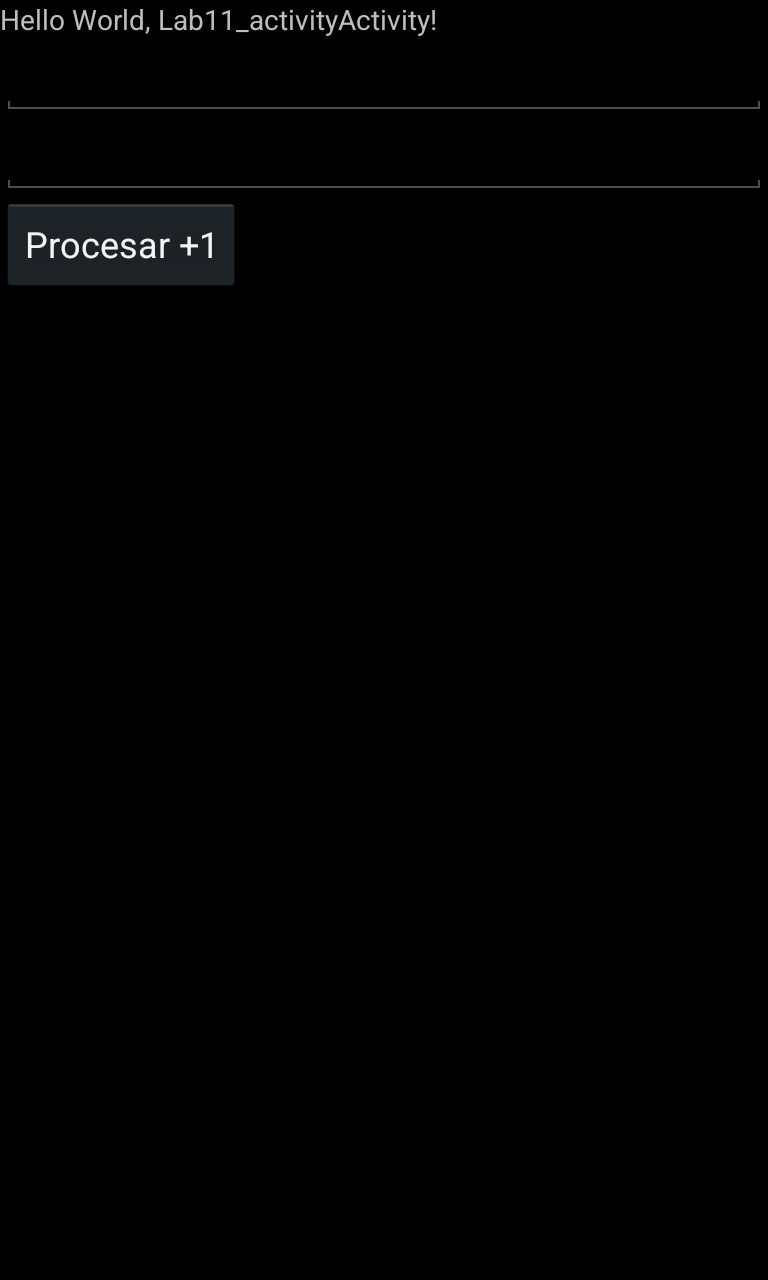
Repository: dorisserruto/un_exercises
Layout: javaandroid/Recursos/workspace-profe/lab11_activity/res/layout/main.xml
An editor plug-in stored every save of this project. The layout is shown before and after the next save, followed by the edit.
It is drawn on a 768 x 1280 px phone screen (xhdpi) without system bars, with theme android:Theme.Holo; the app's code is not run.

Above is the layout before, as saved 2012-06-24 00:13:34.

After the next save:
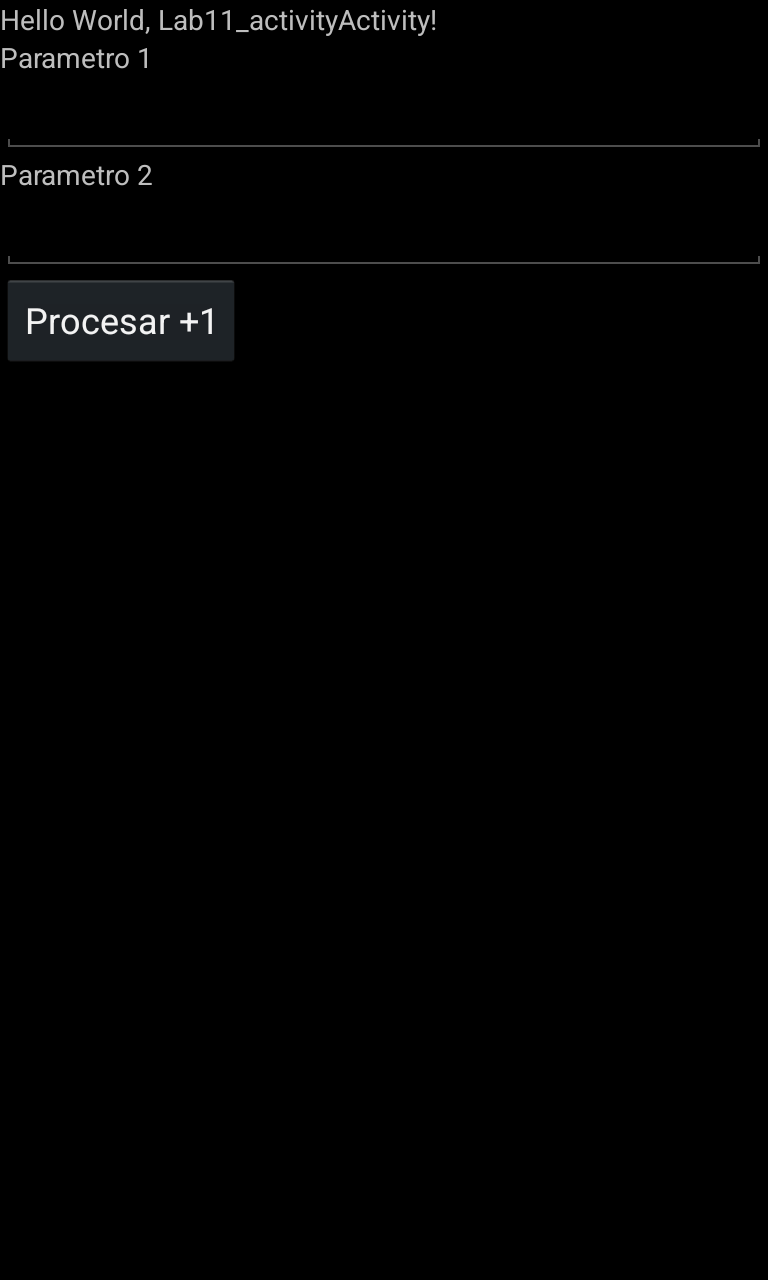
Saved 2 min 1 s later.
--- a/javaandroid/Recursos/workspace-profe/lab11_activity/res/layout/main.xml
+++ b/javaandroid/Recursos/workspace-profe/lab11_activity/res/layout/main.xml
@@ -10,12 +10,26 @@
         android:layout_height="wrap_content"
         android:text="@string/hello" />
 
+    <TextView
+        android:id="@+id/textView1"
+        android:layout_width="wrap_content"
+        android:layout_height="wrap_content"
+        android:text="Parametro 1"
+        android:textAppearance="?android:attr/textAppearanceSmall" />
+
     <EditText
         android:id="@+id/edtParametro1"
         android:layout_width="match_parent"
         android:layout_height="wrap_content"
         android:ems="10"
         android:inputType="number" />
+
+    <TextView
+        android:id="@+id/textView2"
+        android:layout_width="wrap_content"
+        android:layout_height="wrap_content"
+        android:text="Parametro 2"
+        android:textAppearance="?android:attr/textAppearanceSmall" />
 
     <EditText
         android:id="@+id/edtParametro2"
